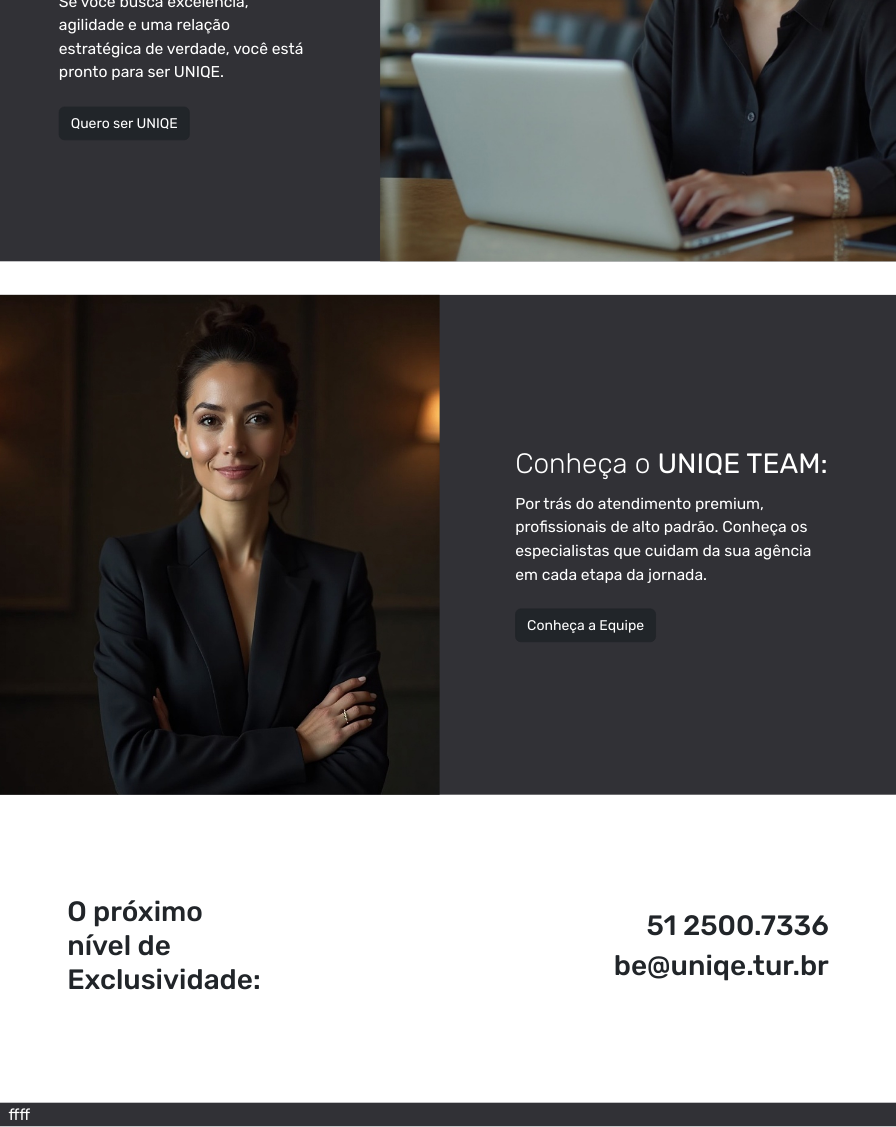
Repository: SkyTeam-Dev/Site-Uniqe
Page: http://localhost/
These files come from the project's save history. The page is drawn as it stood at one moment and after the next save; the edit follows.
The browser window is 1280 px wide. The pictures show the part of the page from y = 2975 to 4895 px (the page is 4585 px tall before and 4895 px after), at 70% of full size.
Some web libraries are served in a nearby version. The page is run by PHP 8.4 with error messages shown; the project is at /var/www/html/.

Above is the page before, as saved 2025-07-08 09:36:08.

After the next save:
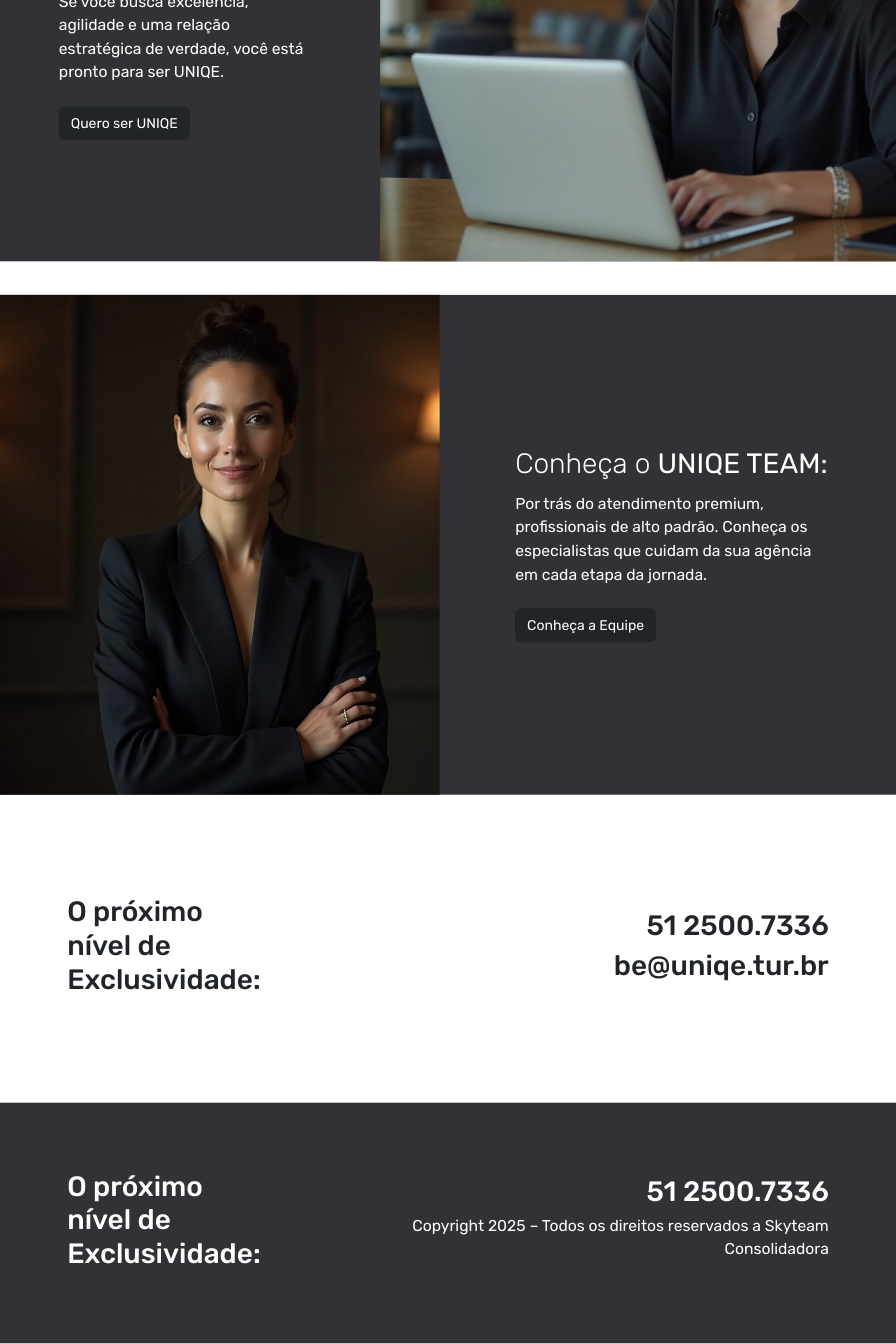
Saved 2 min 9 s later.
--- a/index.php
+++ b/index.php
@@ -519,7 +519,24 @@
 
 
     <footer class="container-fluid bg-primary text-white">
-        ffff
+        <div class="row align-items-center">
+
+            <div class="col-md-4 p-5 mb-4 mb-md-0">
+                <div class="p-5 text-start">
+
+                    <h1 class="text-start">O próximo nível de Exclusividade:</h1>
+
+                </div>
+            </div>
+
+            <div class="col-md-8 p-5 mb-4 mb-md-0">
+                <div class="p-5">
+                    <h1 class="text-end">51 2500.7336</h1>
+                    <p class="text-end">Copyright <?php echo date("Y");?> – Todos os direitos reservados a Skyteam Consolidadora </p>
+                </div>
+            </div>
+
+        </div>
     </footer>
 
 
